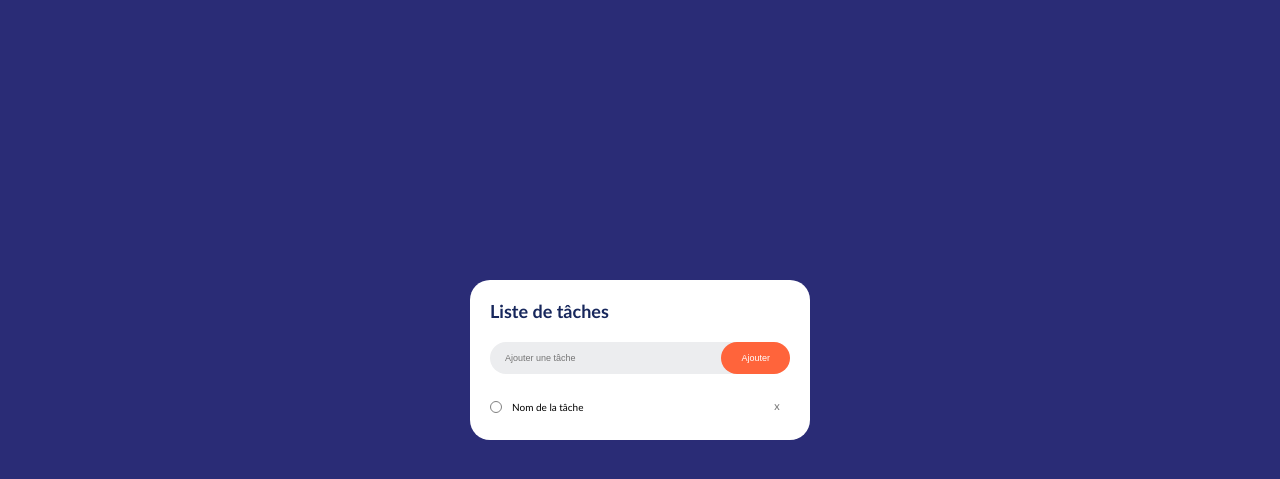
Repository: ndiemenguer/convertisseur
Page: / (app in todo-isep/)
An editor plug-in stored every save of this project. The page is shown before and after the next save, followed by the edit.
The browser window is 1280 px wide. The pictures show the whole page.
The project was rebuilt for these pictures with package versions that can differ from the ones it lists, and the page was loaded fresh each time. Also part of the build but not shown: todo-isep/vite.config.js, todo-isep/src/Application.jsx, todo-isep/src/index.css.

Above is the page before, as saved 2023-05-06 12:51:23.

After the next save:
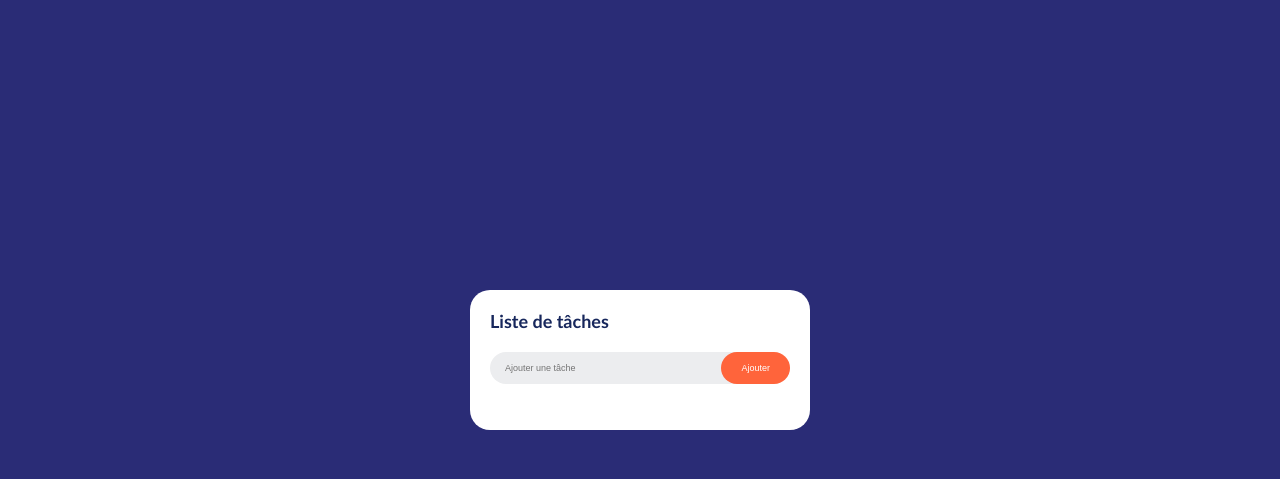
Saved 5 s later.
--- a/todo-isep/src/components/TodoList.jsx
+++ b/todo-isep/src/components/TodoList.jsx
@@ -1,19 +1,7 @@
 import React from "react";
 
 function TodoList({ todos }) {
-  return (
-    <>
-      <div className="todo-box">
-        <div className="todo-checkbox-name">
-          <div className="checkbox"></div>
-          <div className="todo-name">Nom de la tâche</div>
-        </div>
-        <div>
-          <div className="delete">X</div>
-        </div>
-      </div>
-    </>
-  );
+  return <></>;
 }
 
 export default TodoList;
